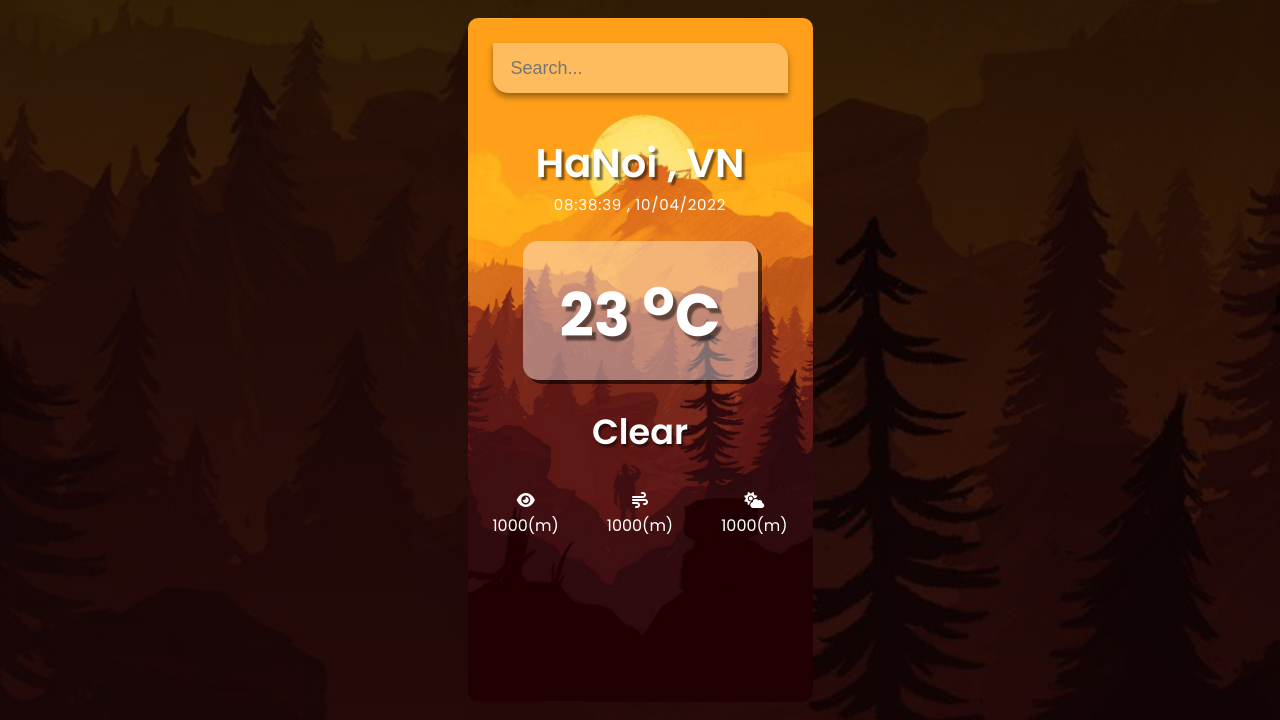
Repository: NguyenDuc-Huy/API_WEATHER
Page: index.html
The author's editor kept a copy of each file at every save. The page is drawn from the files as they stood at one save, then again after the next save.
The browser window is 1280 px wide. The pictures show the whole page.
Some web libraries are served in a nearby version.

Above is the page before, as saved 2022-04-10 15:57:23.

### index.html
<!DOCTYPE html>
<html lang="en">

<head>
    <meta charset="UTF-8">
    <meta http-equiv="X-UA-Compatible" content="IE=edge">
    <meta name="viewport" content="width=device-width, initial-scale=1.0">
    <link rel="stylesheet" href="https://cdnjs.cloudflare.com/ajax/libs/font-awesome/6.1.1/css/all.min.css">
    <link rel="preconnect" href="https://fonts.googleapis.com">
    <link rel="preconnect" href="https://fonts.gstatic.com" crossorigin>
    <link href="https://fonts.googleapis.com/css2?family=Poppins:wght@300;400;500;600;700;800&display=swap"
        rel="stylesheet">
    <link rel="stylesheet" href="style.css">
    <title>Weather app</title>
</head>

<body>
    <div id="weather">
        <input type="text" class="search" placeholder="Search...">
        <div class="content">
            <div class="location">
                <span class="city">HaNoi</span>
                <span>,</span>
                <span class="country">VN</span>
            </div>
            <div class="datetime">
                <span class="time">08:38:39</span>
                <span>,</span>
                <span class="date">10/04/2022</span>
            </div>
            <div class="temperature">
                <span class="no">23</span>
                <span class="degree"><sup>o</sup>C</span>
            </div>
            <p class="desc">Clear</p>
            <div class="more-desc">
                <div>
                    <i class="fa-solid fa-eye"></i>
                    <p>1000(m)</p>
                </div>
                <div>
                    <i class="fa-solid fa-wind"></i>
                    <p>1000(m)</p>
                </div>
                <div>
                    <i class="fa-solid fa-cloud-sun"></i>
                    <p>1000(m)</p>
                </div>
            </div>
        </div>
    </div>
</body>
<script src="app.js"></script>

</html>

### style.css
* {
  margin: 0;
  padding: 0;
  box-sizing: border-box;
}
body {
  width: 100vw;
  height: 100vh;
  display: flex;
  justify-content: center;
  align-items: center;
  font-family: "Poppins", sans-serif;
  background: linear-gradient(to bottom, rgba(0, 0, 0, 0.8), rgba(0, 0, 0, 0.6)),
    url("./image/hot.png") no-repeat center/cover;
}
#weather {
  background: url("./image/hot.png") no-repeat center/cover;
  width: 345px;
  height: 95vh;
  display: flex;
  flex-direction: column;
  align-items: center;
  padding: 25px;
  border-radius: 10px;
}
.search {
  border-radius: 0 15px 0 15px;
  border: none;
  outline: none;
  padding: 25px 18px;
  width: 100%;
  height: 40px;
  font-size: 18px;
  box-shadow: 0 4px 6px rgba(0, 0, 0, 0.4);
  background-color: rgba(255, 255, 255, 0.3);
  transition: all 0.3s;
}
.search:focus {
  border-radius: 15px 0 15px 0;
  background-color: rgba(255, 255, 255, 0.8);
}
.content {
  width: 100%;
  color: #fff;
  text-align: center;
}
.location {
  margin-top: 40px;
  font-size: 40px;
  font-weight: 600;

  text-shadow: 3px 3px 2px rgba(0, 0, 0, 0.5);
}
.datetime {
  font-size: 15px;
  letter-spacing: 0.8px;
}
.temperature {
  font-size: 60px;
  margin: 25px 30px;
  background-color: rgba(255, 255, 255, 0.4);
  box-shadow: 4px 4px rgba(0, 0, 0, 0.6);
  padding: 20px 25px;
  border-radius: 15px;
  text-shadow: 4px 5px 2px rgba(0, 0, 0, 0.5);
  font-weight: 700;
}
.desc {
  margin: 20px 0 30px;
  font-weight: 600;
  font-size: 35px;
  text-shadow: 2px 3px 2px rgba(0, 0, 0, 0.5);
}
.more-desc {
  display: flex;
  flex-direction: row;
  justify-content: space-between;
  align-items: center;
}

Loaded but not shown: app.js (no copy from this time; the picture is the same without it)

After the next save:
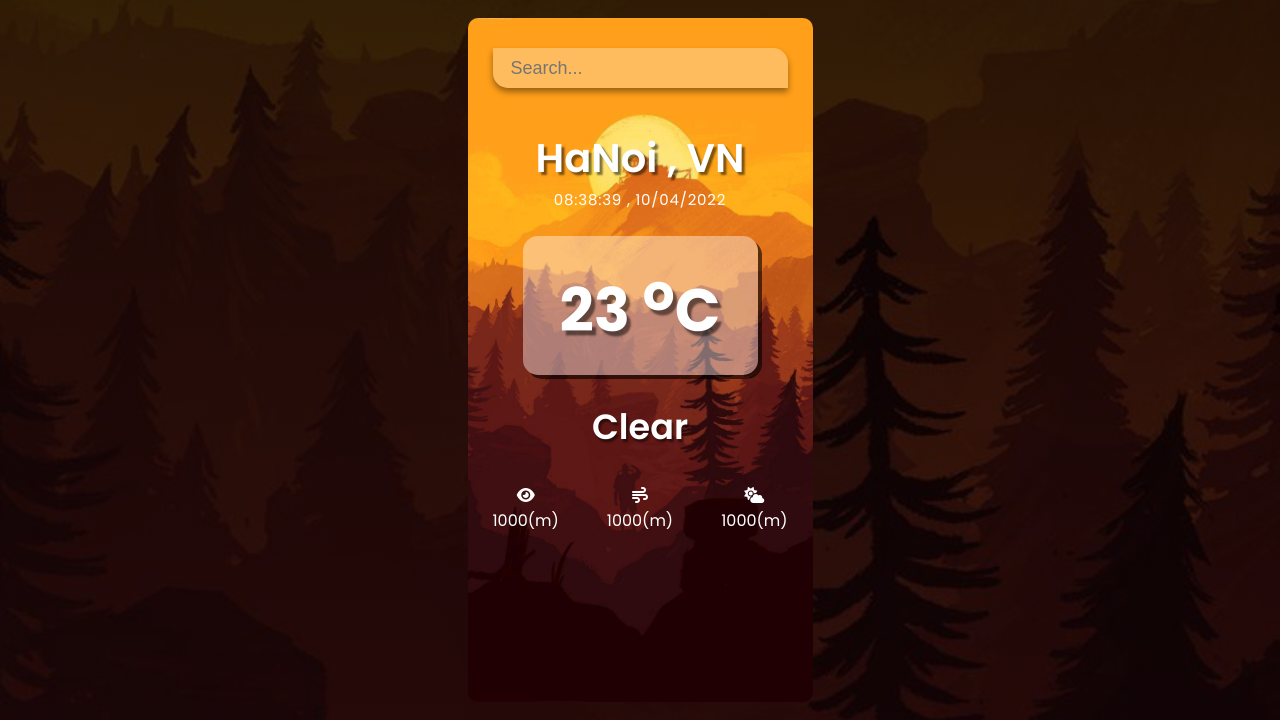
Saved 15 s later.
--- a/style.css
+++ b/style.css
@@ -27,7 +27,8 @@
   border-radius: 0 15px 0 15px;
   border: none;
   outline: none;
-  padding: 25px 18px;
+  margin-top: 5px;
+  padding: 18px;
   width: 100%;
   height: 40px;
   font-size: 18px;
